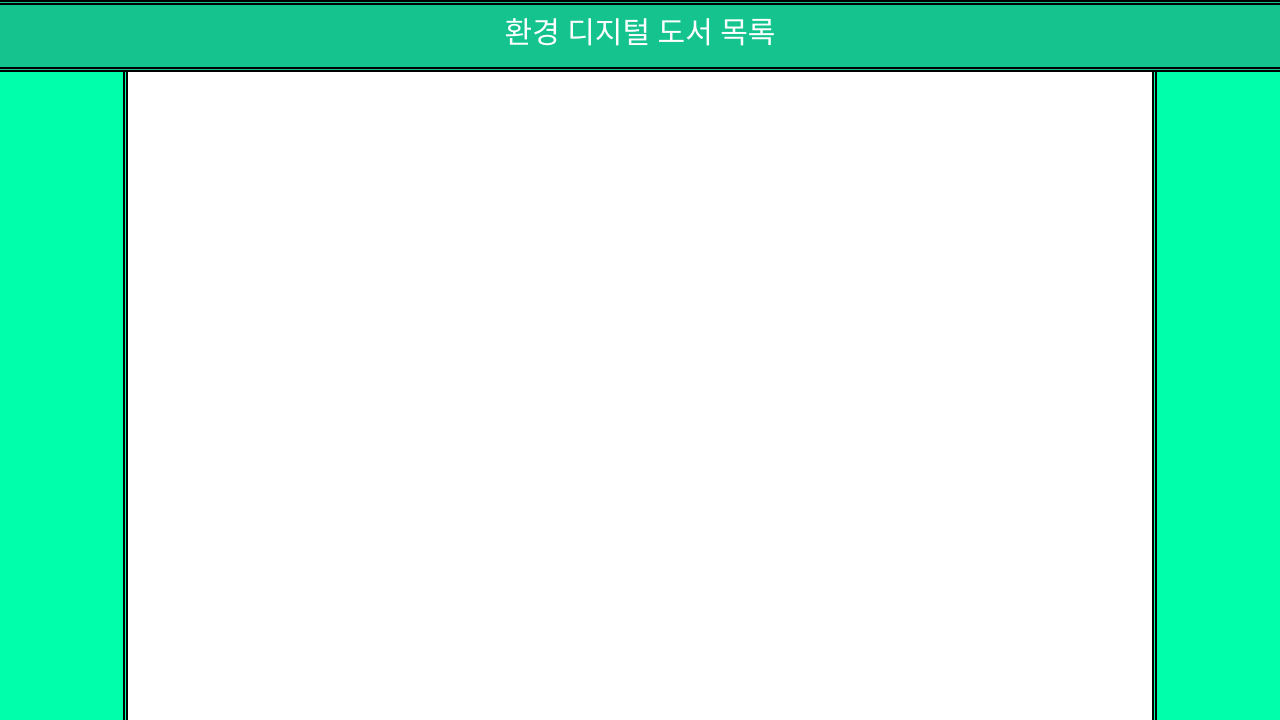
Repository: sojihwan/API_-Multi
Page: / (app in API/)
The author's editor kept a copy of each file at every save. The page is drawn from the files as they stood at one save, then again after the next save.
The browser window is 1280 px wide. The pictures show the whole page.
The page's requests for data from a server got no answer. The project was rebuilt for these pictures with package versions that can differ from the ones it lists, and the page was loaded fresh each time. No one was signed in, and anything a server would have sent is missing.

Above is the page before, as saved 2022-05-26 13:16:46.

### API/src/App.js
import "./App.css";
import Header from "./Layout/Header";
import Main from "./Layout/Main";

function App() {
  return (
    <div id="container">
      <Header />
      <Main />
    </div>
  );
}

export default App;

### API/src/App.css
* {
  margin: 0;
  padding: 0;
  background: border-box;
}

#container {
  margin: 0 auto;
}

.App {
  text-align: center;
}

.App-logo {
  height: 40vmin;
  pointer-events: none;
}

@media (prefers-reduced-motion: no-preference) {
  .App-logo {
    animation: App-logo-spin infinite 20s linear;
  }
}

.App-header {
  background-color: #282c34;
  min-height: 100vh;
  display: flex;
  flex-direction: column;
  align-items: center;
  justify-content: center;
  font-size: calc(10px + 2vmin);
  color: white;
}

.App-link {
  color: #61dafb;
}

@keyframes App-logo-spin {
  from {
    transform: rotate(0deg);
  }
  to {
    transform: rotate(360deg);
  }
}

### API/src/Layout/Header.js
import React from "react";
import "./Header.css";

function Header() {
  return (
    <div id="header">
      <header>환경 디지털 도서 목록</header>
    </div>
  );
}

export default Header;

### API/src/Layout/Main.js
import React from "react";
import Section from "./Section";
import "./Main.css";

function Main() {
  return (
    <div id="main">
      <aside></aside>
      <Section />
      <aside></aside>
    </div>
  );
}

export default Main;

### API/src/Layout/Header.css
@import url('https://fonts.googleapis.com/css2?family=Noto+Serif+KR:wght@300&display=swap');

#header * {
  box-sizing: border-box;
}

header {
  background: #14C38E;
  position: absolute;
  border: thick double black;
  border-left: none;
  border-right: none;
  width: 100%;
  height: 10%;
  line-height: 55px;
  text-align: center;
  color: white;
  font-size: 30px;
  font-weight: 500;
  font-family: 'Noto Serif KR', serif;
}

### API/src/Layout/Section.js
import React, { useState, useEffect } from "react";
import axios from "axios";
import "./Section.css";

function Section() {
  const [api, setApi] = useState(null);
  const [id, setid] = useState({});
  const [loading, setLoading] = useState(false);
  const [error, setError] = useState(null);

  useEffect(() => {
    const fetchapi = async () => {
      try {
        setApi(null);
        setError(null);
        setLoading(true);
        const response = await axios.get(
          "https://library.me.go.kr/pyxis-api/2/collections/2/search?all=k%7Ca%7Clibrary"
        );
        setApi(response.data);
      } catch (e) {
        setError(e);
      }
      setLoading(false);
    };
    fetchapi();
  }, []);

  if (loading) return <div>로딩중..</div>;
  if (error) return <div>에러가 발생했습니다.</div>;
  if (!api) return null;

  // return (
  //   <div id="section">
  //     <div className="book">
  //       <img className="photo" src={api.data.list[0].thumbnailUrl} alt="" />
  //       <h4 className="booktitle">{api.data.list[0].titleStatement}</h4>
  //     </div>
  //     <div className="book">
  //       <img className="photo" src="img/홍길동.jpg" alt="" />
  //       <h4 className="booktitle">해리포터</h4>
  //     </div>
  //     <button className="prev">&lang;</button>
  //     <button className="next">&rang;</button>
  //   </div>
  // );

  return (
    <div id="section">섹션</div>
    // <div id="section">
    //   {api.data.list.map((item, index) => {
    //     return (
    //       <div className="book" key={index}>
    //         <img className="photo" src={api.data.list[index].thumbnailUrl} />
    //         <h4 className="booktitle">{api.data.list[index].titleStatement}</h4>
    //       </div>
    //     );
    //   })}
    // </div>
  );
}

export default Section;

### API/src/Layout/Main.css
#main * {
  box-sizing: border-box;
}

#main aside {
  background: #00FFAB;
}

#main aside:first-child {
  border-right: thick double black;
  position: absolute;
  left: 0;
  top: 10%;
  width: 10%;
  height: 90%;
}

#main aside:last-child {
  border-left: thick double black;
  position: absolute;
  right: 0;
  top: 10%;
  width: 10%;
  height: 90%;
}

### API/src/Layout/Section.css

#section * {
  box-sizing: border-box;
}

#section {
  border: 1px solid black;
  position: absolute;
  left: 10%;
  top: 7.5%;
  width: 70%;
  height: 80%;
  margin: 5% 5%;
  margin-top: 3.5%;
  text-align: center;
}

/* @import url('https://fonts.googleapis.com/css2?family=Noto+Sans+KR:wght@100&display=swap');

#section * {
  box-sizing: border-box;
}

#section {
  border: 1px solid black;
  position: relative;
  width: 70%;
  left: 12.5%;
  padding: 25px;
  font-family: 'Noto Sans KR', sans-serif;
}

.book {
  background: rgba(130, 213, 170, 0.688);
  border: 2px solid black;
  border-radius: 2.5%;
  position: relative;
  display: inline-block;
  width: 15vh;
  height: 22.5vh;
  margin: 10px 20px;
}

.booktitle {
  position: absolutea;
  top: 70%;
  width: 100%;
  height: 100%;
  text-align: center;
  color: black;
  font-size: 11px;
}

.photo {
  width: 100%;
  height: 80%;
}

button {
  background: white;
  border: 2px solid black;
  position: absolute;
  top: 80%;
  padding: 15px 36px;
  margin: 4px 2px;
  font-weight: bolder;
  color: black;
  cursor: pointer;
}

.next {
  left: 55%;
} */

Loaded but not shown: API/public/index.html (common file); API/src/index.js (common file); API/src/index.css (common file); API/src/reportWebVitals.js (common file)

After the next save:
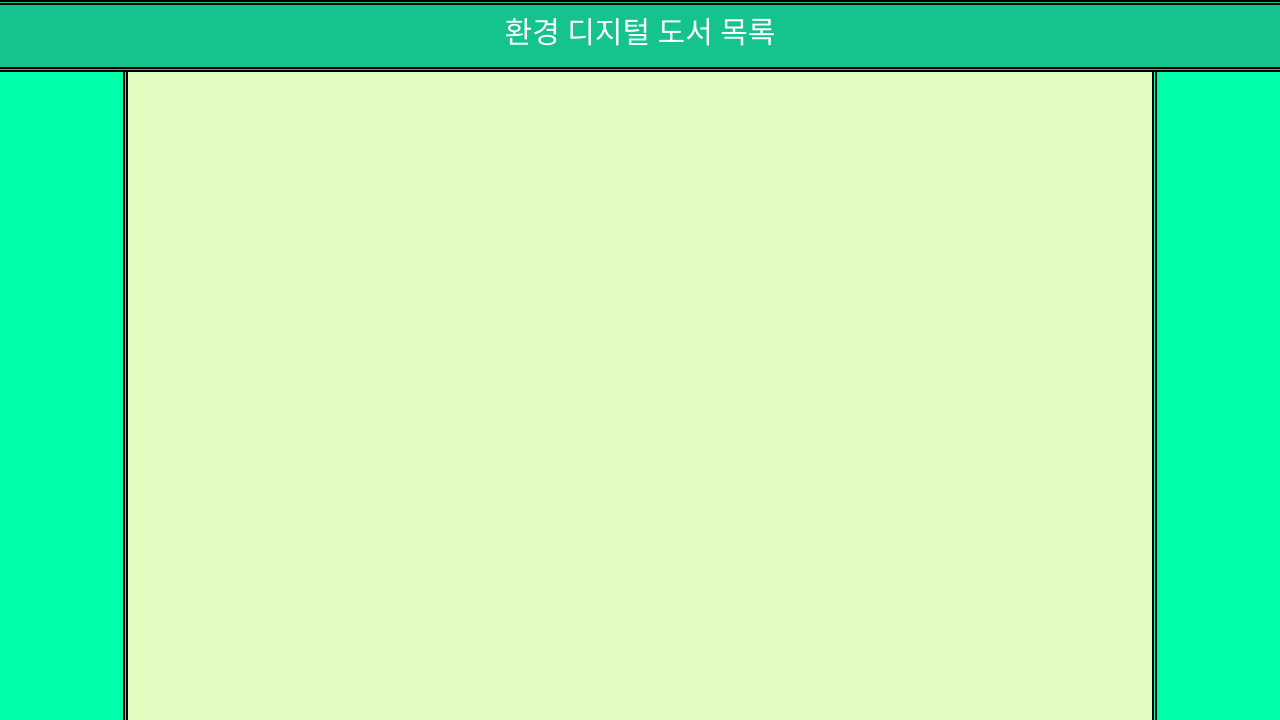
Saved 6 s later.
--- a/API/src/Layout/Section.css
+++ b/API/src/Layout/Section.css
@@ -1,4 +1,7 @@
 
+html {
+  background: #E3FCBF;
+}
 #section * {
   box-sizing: border-box;
 }

After the save that followed:
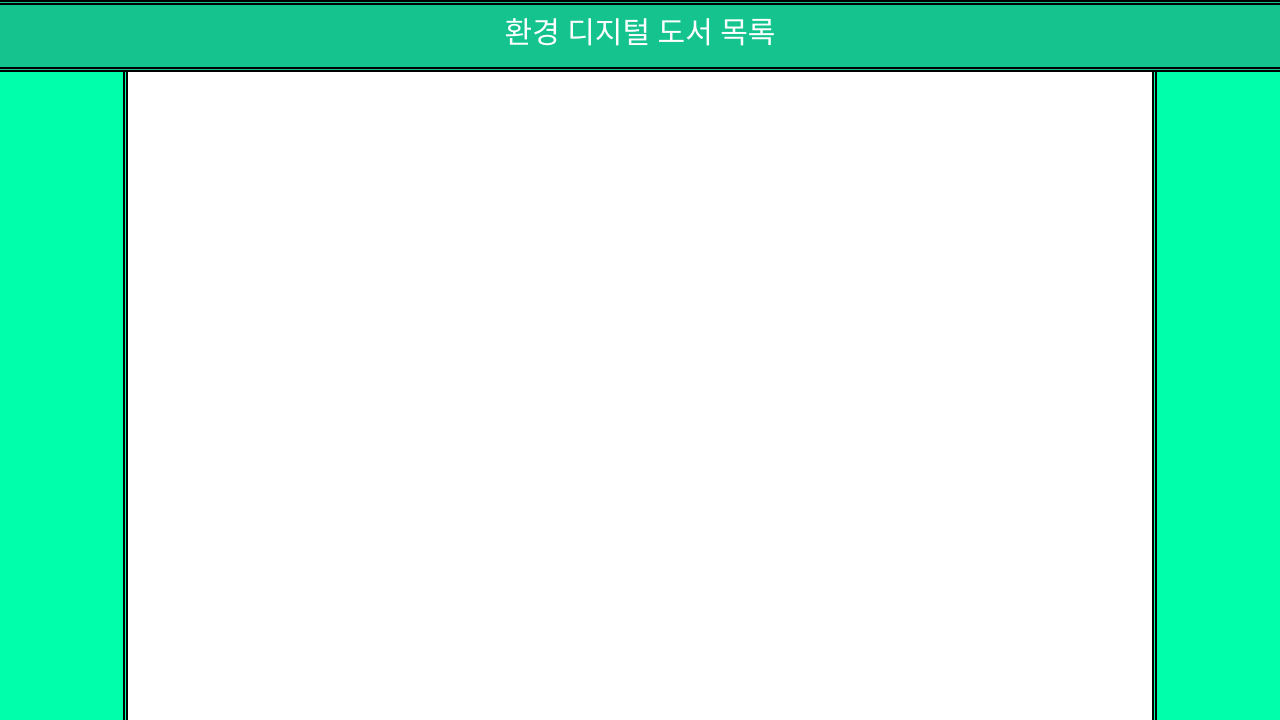
Saved 14 s later.
--- a/API/src/Layout/Section.css
+++ b/API/src/Layout/Section.css
@@ -1,7 +1,4 @@
 
-html {
-  background: #E3FCBF;
-}
 #section * {
   box-sizing: border-box;
 }
